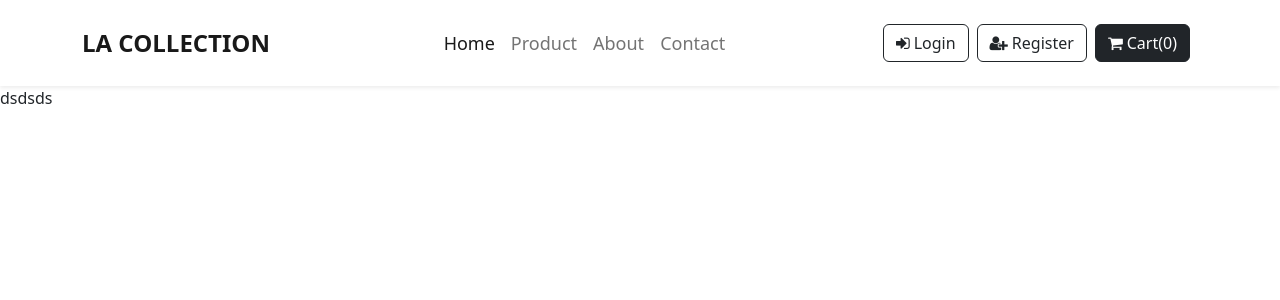
Repository: tiendungjr123/Ecommerce
Page: /cart
An editor plug-in stored every save of this project. The page is shown before and after the next save, followed by the edit.
The browser window is 1280 px wide. The pictures show the whole page.
The project was rebuilt for these pictures with package versions that can differ from the ones it lists, and the page was loaded fresh each time. Also part of the build but not shown: src/components/Products.jsx, src/components/Home.jsx, src/components/ProductDetail.jsx, src/components/About.jsx, src/components/Contact.jsx.

Above is the page before, as saved 2022-10-04 11:16:44.

After the next save:
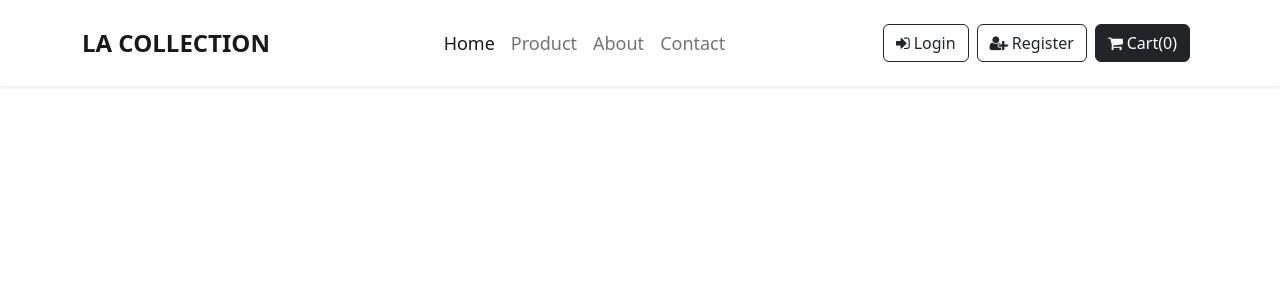
Saved 3 min 13 s later.
--- a/src/components/Cart.jsx
+++ b/src/components/Cart.jsx
@@ -2,9 +2,10 @@ import React from 'react';
 import {useDispatch, useSelector} from 'react-redux';
 import {deleteCart} from '../redux/action/index'
 const Cart = () => {
+   const state = useSelector((state) => state.addCart)
    return (
       <div>
-         dsdsds
+
       </div>
    );
 }
